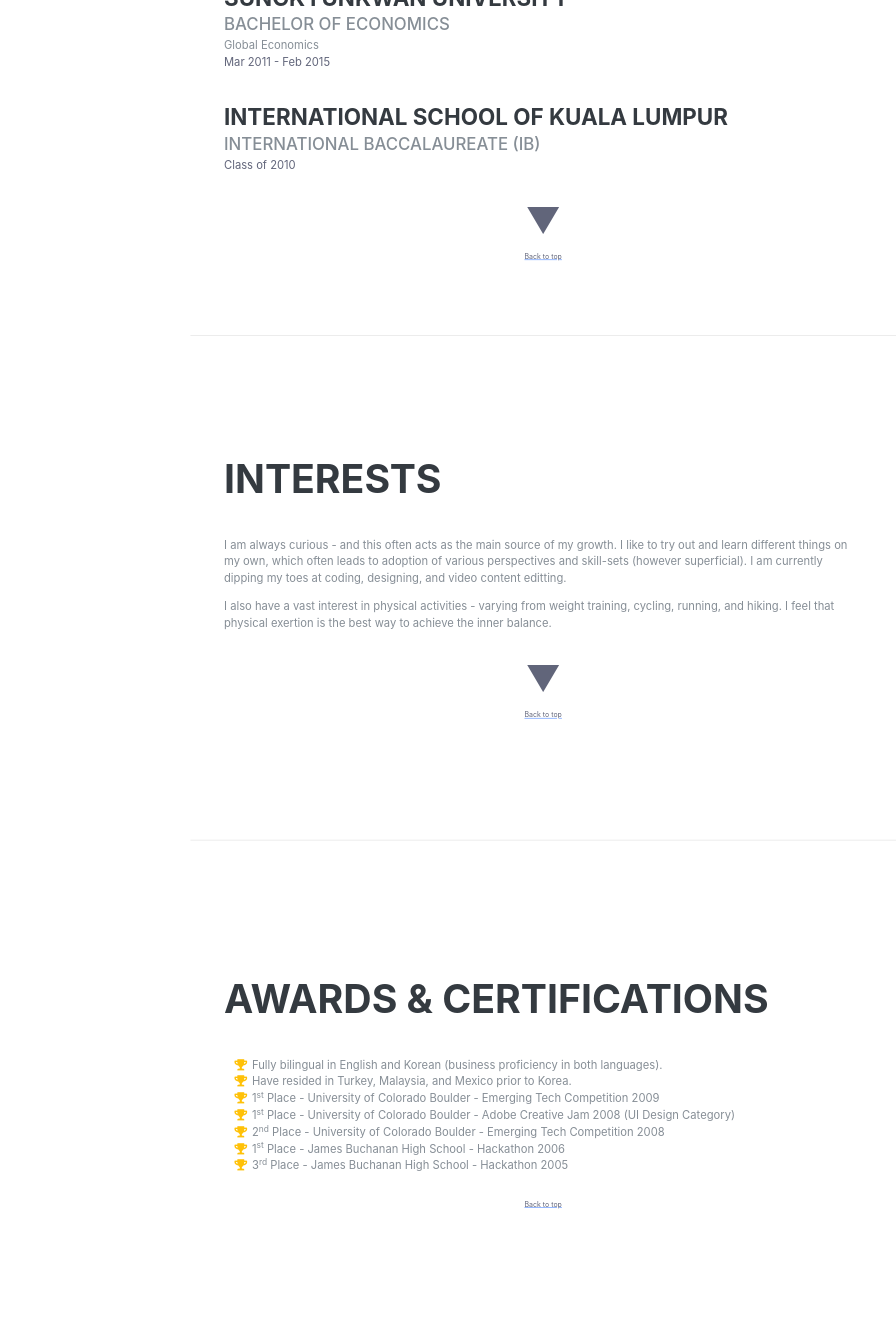
Repository: whitethugcat/whitethugcat.github.io
Page: class/resume-practice/yoojin-resume.html
The author's editor kept a record of every edit. The page is drawn from the files as they stood at one moment, then again after the next edit.
The browser window is 1280 px wide. The pictures show the part of the page from y = 2942 to 4862 px (the page is 4862 px tall), at 70% of full size.
Some web fonts or font styles are not loaded; a fallback is used.

Above is the page before.

After the next edit:
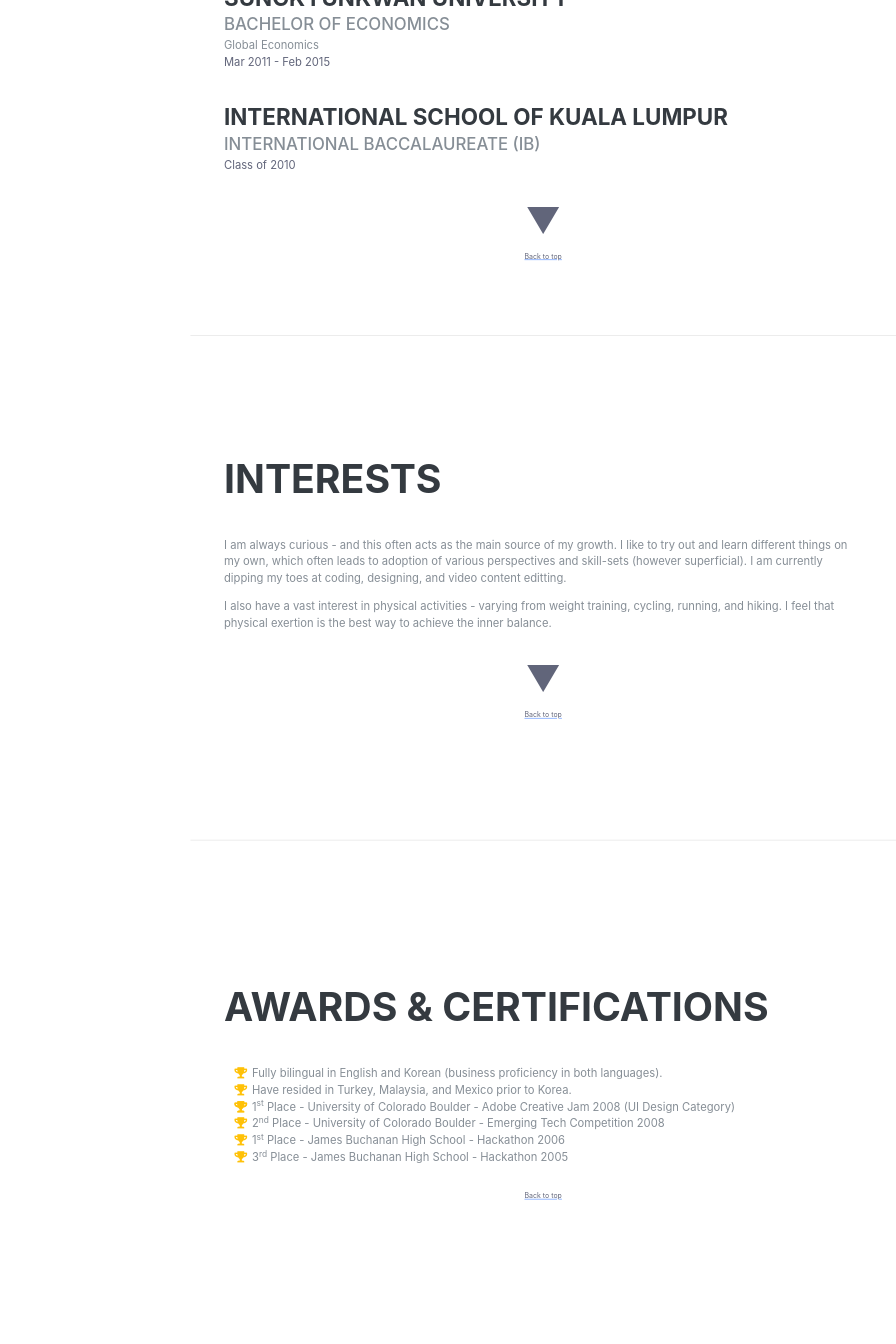
The edit:
--- a/class/resume-practice/yoojin-resume.html
+++ b/class/resume-practice/yoojin-resume.html
@@ -327,8 +327,7 @@
             Have resided in Turkey, Malaysia, and Mexico prior to Korea.</li>
           <li>
             <i class="fa-li fa fa-trophy text-warning"></i>
-            1<sup>st</sup>
-            Place - University of Colorado Boulder - Emerging Tech Competition 2009</li>
+            </li>
           <li>
             <i class="fa-li fa fa-trophy text-warning"></i>
             1<sup>st</sup>
